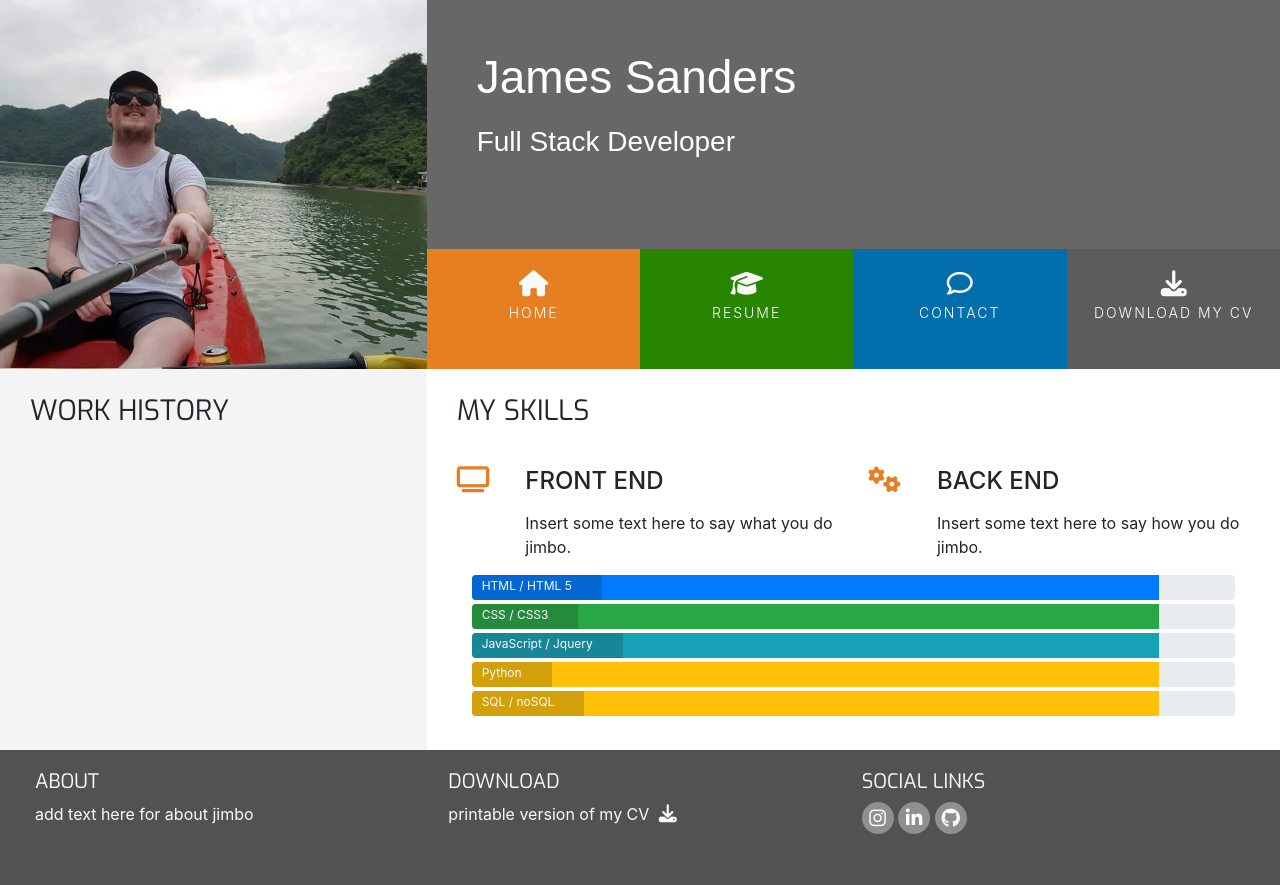
Repository: JaySanders95/my-online-resume
Page: resume.html
These files come from the project's save history. The page is drawn as it stood at one moment and after the next save; the edit follows.
The browser window is 1280 px wide. The pictures show the whole page.
Some web fonts or font styles are not loaded; a fallback is used. Some web libraries are served in a nearby version.

Above is the page before, as saved 2023-04-19 22:02:16.

After the next save:
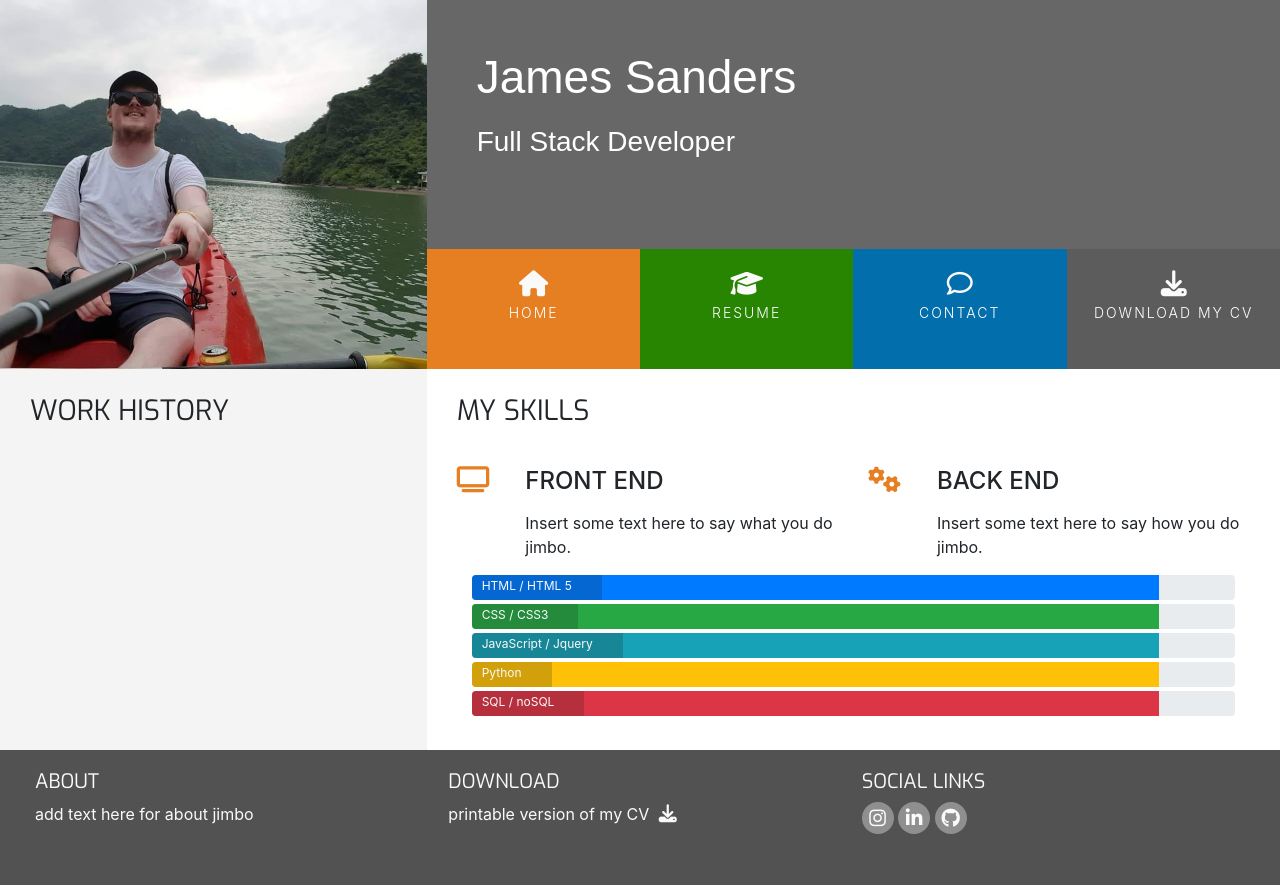
Saved 10 s later.
--- a/resume.html
+++ b/resume.html
@@ -122,7 +122,7 @@
                         <span class="progress-type">Python</span>
                     </div>
                     <div class="progress">
-                        <div class="progress-bar bg-warning" role="progressbar" #
+                        <div class="progress-bar bg-danger" role="progressbar" #
                         aria-valuenow="1" aria-valuemin="0" aria-valuemax="100" style="width:90%">
                         <span class="sr-only"> 0% complete</span>
                         </div>
